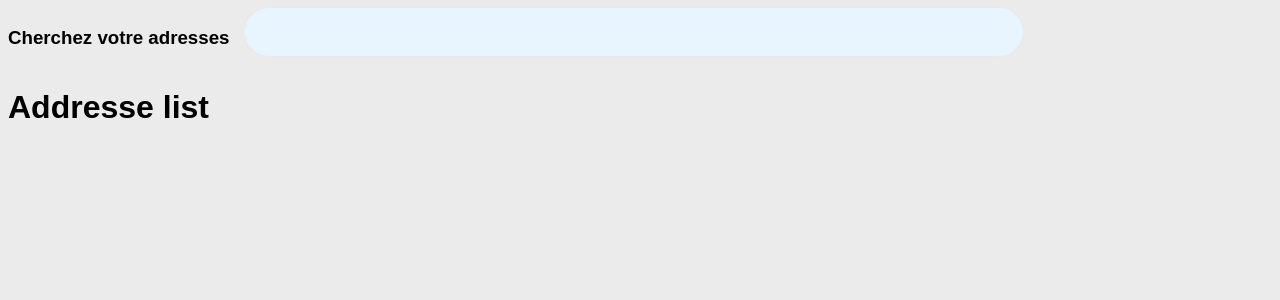
Repository: DnPako/test-forked
Page: /
These files come from the project's save history. The page is drawn as it stood at one moment and after the next save; the edit follows.
The browser window is 1280 px wide. The pictures show the whole page.
The page's requests for data from a server got no answer. The project was rebuilt for these pictures with package versions that can differ from the ones it lists, and the page was loaded fresh each time. No one was signed in, and anything a server would have sent is missing.

Above is the page before, as saved 2022-02-14 13:03:32.

### src/index.js
import { StrictMode } from "react";
import ReactDOM from "react-dom";
import axios from 'axios';
import { Provider, } from "react-redux";
import { createStore, applyMiddleware, } from "redux";
import createSagaMiddleware from "redux-saga";

import reducers from "./commons/reducers";
import sagas from "./commons/sagas";
import App from "./addresses/App";

axios.defaults.baseURL = 'https://api-adresse.data.gouv.fr';

const sagaMiddleware = createSagaMiddleware();
const store = createStore(reducers, applyMiddleware(sagaMiddleware));

sagaMiddleware.run(sagas);

const rootElement = document.getElementById("root");
ReactDOM.render(
  <Provider store={store}>
    <StrictMode>
      <App />
    </StrictMode>
  </Provider>,
  rootElement
);

### src/commons/reducers/index.js
import { combineReducers, } from "redux";
import AdressesReducer from "../../addresses/redux/addressReducer";

export default combineReducers({
    addresses: AdressesReducer,
});

### src/commons/sagas/index.js
import { all, } from 'redux-saga/effects';
import addressesSagas from '../../addresses/saga/addressesSaga';

export default function* rootSaga() {
    yield all([
        ...addressesSagas,
    ]);
}

### src/addresses/App.js
import { useEffect, } from "react";
import "../styles.css";
import withRedux from "../commons/utils/withRedux";
import stateDispatchers from "./utils/stateDispatchers";
import Address from "./components/Address";
import SearchInput from "./components/SearchInput";

const { mapDispatchToProps, mapStateToProps } = stateDispatchers;

const App = (props) => {
  const {
    addressList,
    handleGetAddresses,
  } = props;

  console.log(addressList);

  useEffect(() => {
    handleGetAddresses();
  }, [handleGetAddresses]);

  return (
    <div className="App">
      <SearchInput />
      <h1>Addresse list</h1>
      <ul>
        <Address addressList={addressList} />
      </ul>
    </div>
  );
}

export default withRedux(mapStateToProps, mapDispatchToProps, App);

### src/addresses/redux/addressReducer.js
const initialState = {
    addressList: [],
};

const setAddresses = (state, { addressList, }) => ({
    ...state,
    addressList,
});

// In case we have other eventual actions we can simply add the function to this object
// No need to change AdressesReducer
const AddressesActions = {
    SET_ADDRESSES: setAddresses,
};

export default function AdressesReducer(state = initialState, action) {
    if (AddressesActions[action.type]) {
        return AddressesActions[action.type](state, action);
    }
    return state;
};

### src/addresses/saga/addressesSaga.js
import {
    call,
    fork,
    put,
    takeEvery,
} from "redux-saga/effects";
import actions from "../redux/actions";
import addressDispatcher from "../redux/addressDispatcher";
import { getAddresses, } from "../services/addressesServices";

const {
    GET_ADDRESSES,
    SET_ADDRESSES,
} = actions;

const {
    setAddresses,
} = addressDispatcher;

function* getAddressesRequest() {
    try {
        const { data: { features: addressList, }, } = yield call(getAddresses);
        yield put(setAddresses(addressList));
    } catch (error) {
        console.log(error);
    }
}

function* watchGetUsers() {
    yield takeEvery(GET_ADDRESSES, getAddressesRequest);
};

const addressesSagas = [
    fork(watchGetUsers),
];

export default addressesSagas;

### src/styles.css
body {
  background-color: rgb(235, 235, 235);
}
.App {
  font-family: sans-serif;
}

### src/commons/utils/withRedux.js
import { connect, } from "react-redux";

const withRedux = (mapStateToProps, mapDispatchToProps, Component) => (
    connect(mapStateToProps, mapDispatchToProps)(Component)
);

export default withRedux;

### src/addresses/utils/stateDispatchers.js
import addressDispatcher from "../redux/addressDispatcher";

const { getAddresses, } = addressDispatcher;

const mapStateToProps = ({
    addresses: { addressList, },
}) => ({
    addressList,
});

const mapDispatchToProps = {
    handleGetAddresses: getAddresses,
};

export default {
    mapStateToProps,
    mapDispatchToProps,
}

### src/addresses/components/Address.jsx
const displayAddress = address => {
    const { properties, } =  address;
    return (
        <li key={properties.id}>
            <h2>Label: {properties.label}</h2>
            <ul>
                <li>number: {properties.housenumber}</li>
                <li>street: {properties.street}</li>
                <li>city: {properties.city}</li>
                <li>zipcode: {properties.citycode}</li>
                <li>country: France</li>
                <li>rounded score: {properties.score}</li>
            </ul>
        </li>
    );
};

const Address = (props) => {
    const {
        addressList,
    } = props;
    return (
        <>
            {addressList.length !== 0 && addressList.map(address => displayAddress(address))}
        </>
    );
};

export default Address;

### src/addresses/components/SearchInput.jsx
const containerStyle = {
    display: "flex",
}

const labelStyle = {
    marginRight: "1rem",
}

const inputStyle = {
    width: "60%",
    height: "3rem",
    padding: "0 0.714em",
    borderRadius: "5em",
    backgroundColor: "#e8f5ff",
    border: "0",
    outline: "0",
    boxShadow: "0 0 8px -9px #000",
};

const SearchInput = () => {
    return (
        <div style={{ ...containerStyle, }}>
            <label htmlFor="search" style={{ ...labelStyle, }}>
                <h3>Cherchez votre adresses</h3>
            </label>
            <input
                style={{ ...inputStyle, }}
                type="text"
                name="name"
                value=""
            />
        </div>
    );
};

export default SearchInput;

### src/addresses/redux/actions.js
const GET_ADDRESSES = 'GET_ADDRESSES';
const SET_ADDRESSES = 'SET_ADDRESSES';

export default {
    GET_ADDRESSES,
    SET_ADDRESSES,
};

### src/addresses/redux/addressDispatcher.js
import actions from "./actions";

const {
 GET_ADDRESSES,
 SET_ADDRESSES,
} = actions;

const getAddresses = () => ({
    type: GET_ADDRESSES,
});

const setAddresses = addressList => ({
    type: SET_ADDRESSES,
    addressList,
});

export default {
    getAddresses,
    setAddresses,
};

### src/addresses/services/addressesServices.js
import axios from "axios";

export const getAddresses = () => {
    return axios.get('/search', {
        params: {
            q: '8 bd du port',
            limit: 15,
        },
    });
};

Loaded but not shown: public/index.html (common file)

After the next save:
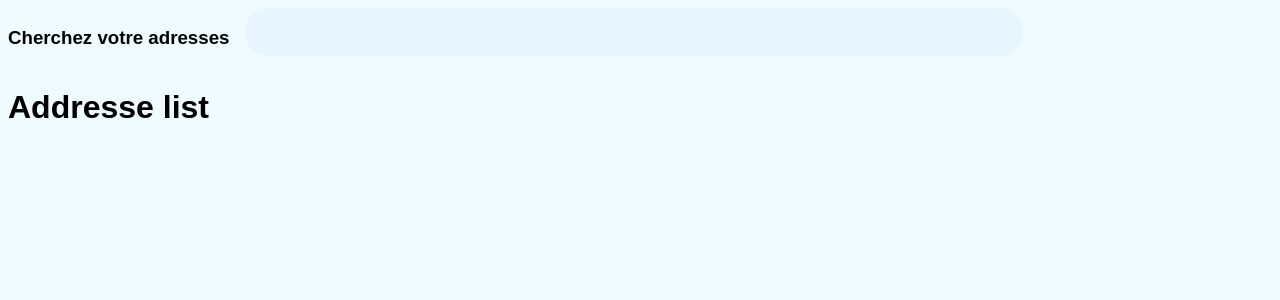
Saved 7 s later.
--- a/src/styles.css
+++ b/src/styles.css
@@ -1,5 +1,5 @@
 body {
-  background-color: rgb(235, 235, 235);
+  background-color: rgb(239, 251, 255);
 }
 .App {
   font-family: sans-serif;
